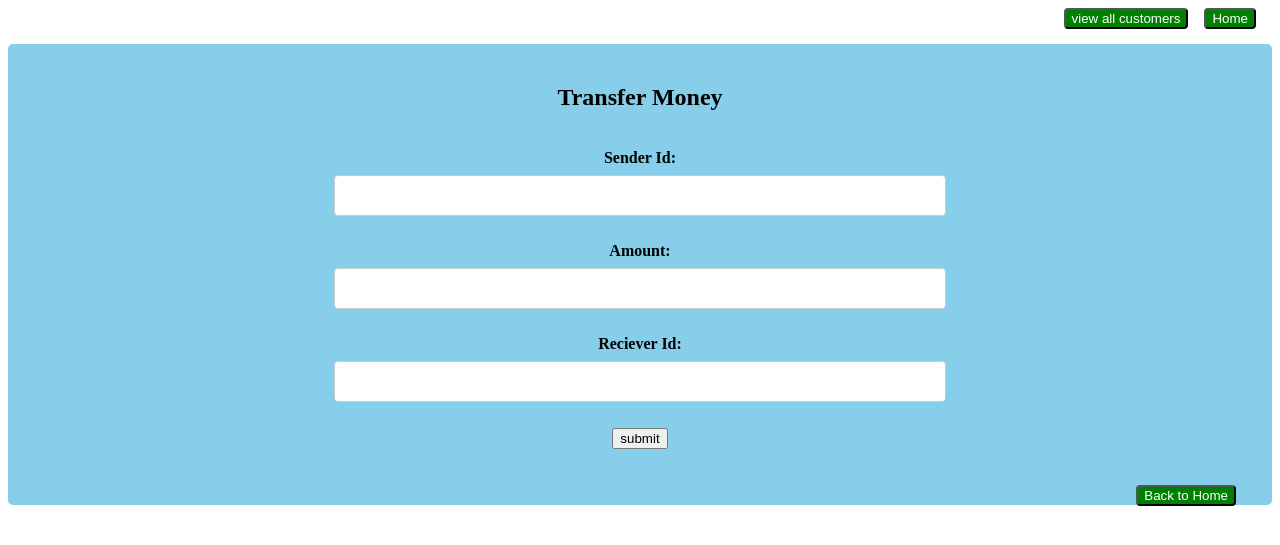
Repository: BarnalaManognaram/sparxintern
Page: sparx_internship/sparx/src/main/webapp/transfer.html
These files come from the project's save history. The page is drawn as it stood at one moment and after the next save; the edit follows.
The browser window is 1280 px wide. The pictures show the whole page.

Above is the page before, as saved 2021-09-19 16:43:22.

### sparx_internship/sparx/src/main/webapp/transfer.html
<!DOCTYPE html>
<html>
<head>
<meta charset="ISO-8859-1">
<title>transfer</title>
<link rel="stylesheet" href="home.css">
</head>
<body>
<a href="home.html"><button class="button1">Home</button></a>
<a href="Customer"><button class="button1">view all customers</button></a><br><br>
  <center>
  <div class="back">
   <h2>Transfer Money</h2><br>
    <b>Sender Id:</b><br><input  type="text" name="sid" /><br><br>
    <b>Amount:</b><br><input  type="text" name="tm"/><br><br>
    <b>Reciever Id:</b><br><input type="text" name="rid"/><br><br>
    <input type="button" value="submit"/><br><br><br>
      <a href="home.html"><button class="button1">Back to Home</button></a>
    </div>
  </center>
</body>
<style>
input[type=text], select {
  width: 50%;
  padding: 12px 20px;
  margin: 8px 0;
  display: inline-block;
  border: 1px solid #ccc;
  border-radius: 4px;
  box-sizing: border-box;
}

input[type=submit] {
  width: 50%;
  background-color:skyblue;
  color: white;
  padding: 14px 20px;
  margin: 8px 0;
  border: none;
  border-radius: 4px;
  cursor: pointer;
}



div {
  border-radius: 5px;
  background-color: skyblue;
  padding: 20px;
}
</style>
</html>

### sparx_internship/sparx/src/main/webapp/home.css
@charset "ISO-8859-1";
.button{
	background-color:green;
	color: white;
	border-radius: 8px;
		margin-left:690px;
}
.button1{
	background-color:green;
	color: white;
	border-radius: 4px;
	float: right;
	margin-right:16px;
}
.heading{
	color:green;
}
.bottom{
	background-color:skyblue;
	border-radius: 8px;

}

.table {
  font-family: arial, sans-serif;
  border-collapse: collapse;
  width: 100%;
}

.td {
  border: 1px solid #dddddd;
  text-align: left;
  padding: 8px;
}

.tr:nth-child(even) {
  background-color: #dddddd;
}

After the next save:
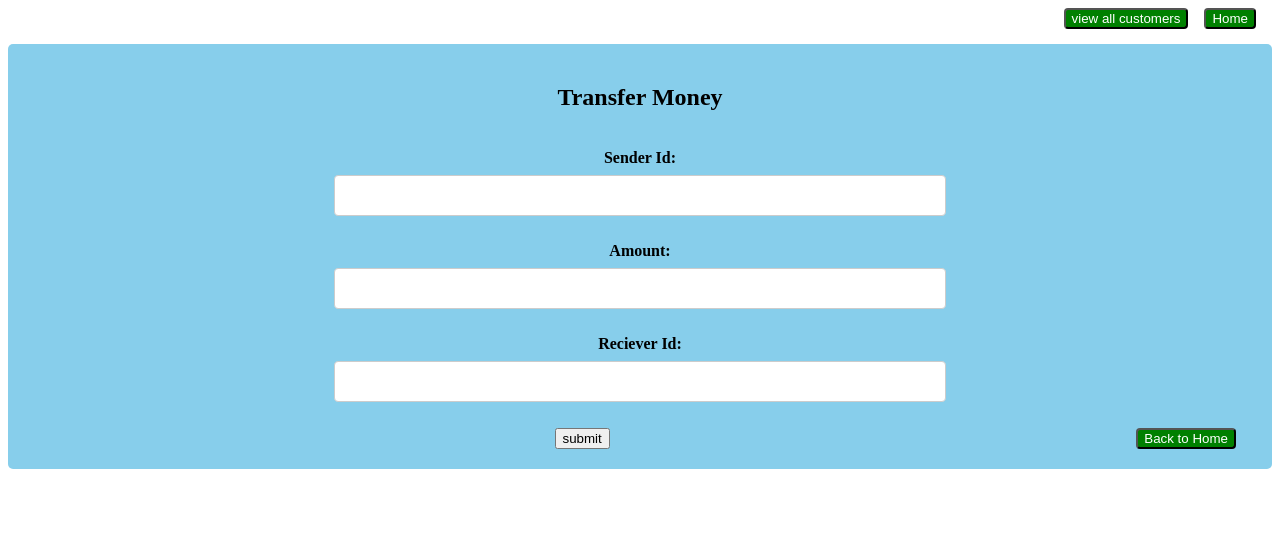
Saved 13 s later.
--- a/sparx_internship/sparx/src/main/webapp/transfer.html
+++ b/sparx_internship/sparx/src/main/webapp/transfer.html
@@ -14,7 +14,7 @@
     <b>Sender Id:</b><br><input  type="text" name="sid" /><br><br>
     <b>Amount:</b><br><input  type="text" name="tm"/><br><br>
     <b>Reciever Id:</b><br><input type="text" name="rid"/><br><br>
-    <input type="button" value="submit"/><br><br><br>
+    <input type="button" value="submit"/>
       <a href="home.html"><button class="button1">Back to Home</button></a>
     </div>
   </center>
